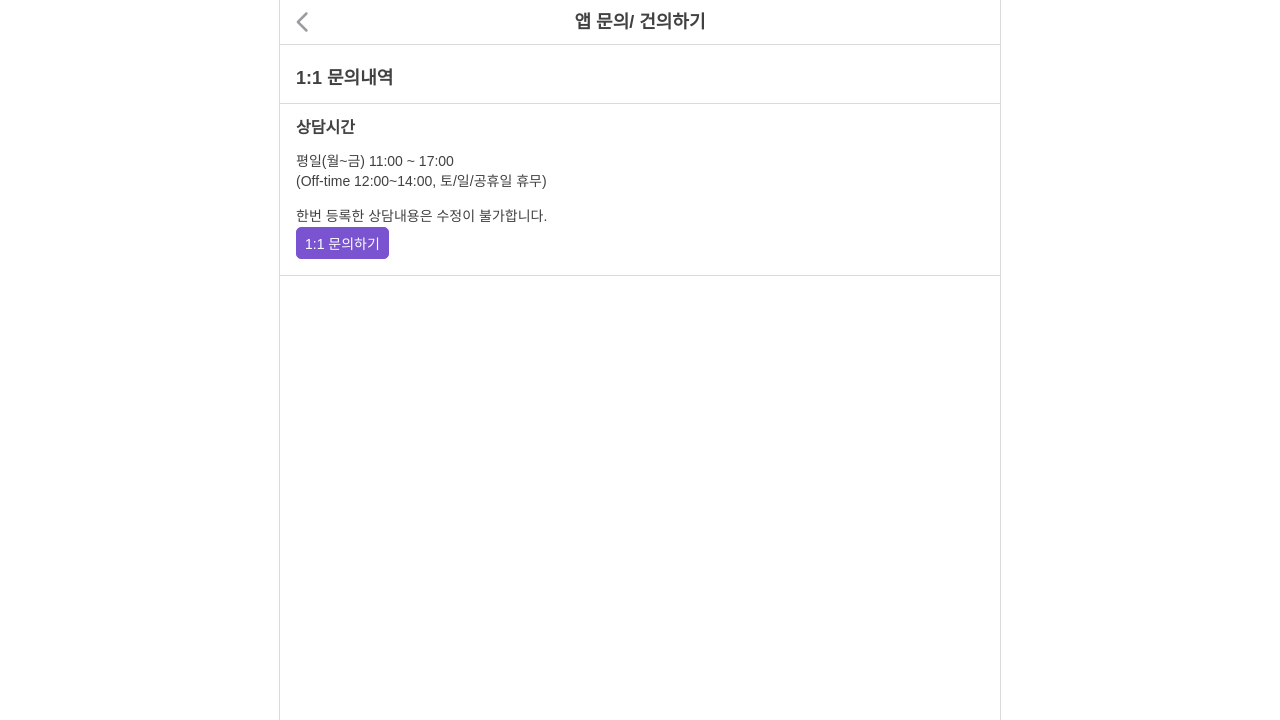
Repository: gosun1018/denguru
Page: my_complain.html
The author's editor kept a copy of each file at every save. The page is drawn from the files as they stood at one save, then again after the next save.
The browser window is 1280 px wide. The pictures show the whole page.
Some web fonts or font styles are not loaded; a fallback is used. The style sheet was rebuilt from its Sass, Less or Tailwind sources for each picture, by a compiler version that may differ from the author's.

Above is the page before, as saved 2020-03-20 19:11:55.

After the next save:
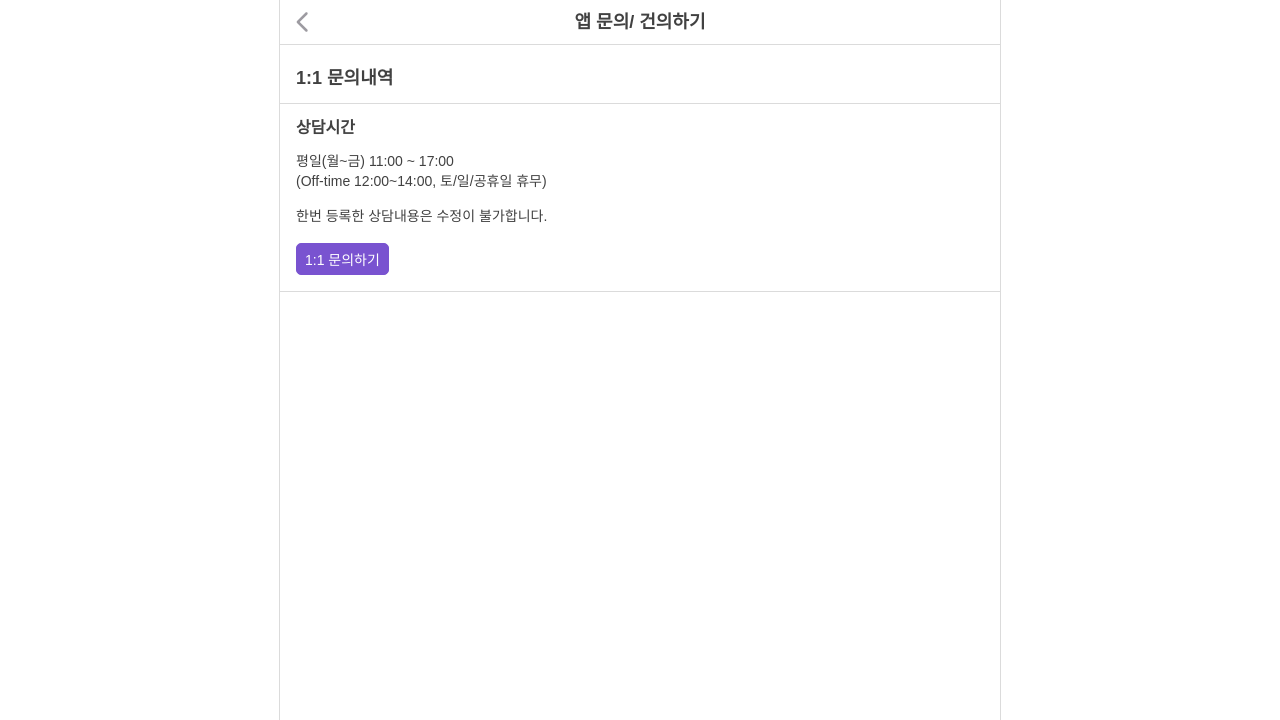
Saved 15 s later.
--- a/css/scss/pages/_mycomplain.scss
+++ b/css/scss/pages/_mycomplain.scss
@@ -18,4 +18,7 @@
         color: $base-font-color;
         line-height: $base-line-height;
     }
+    .btn_box {
+        margin-top: $layout-base-padding;
+    }
 }
